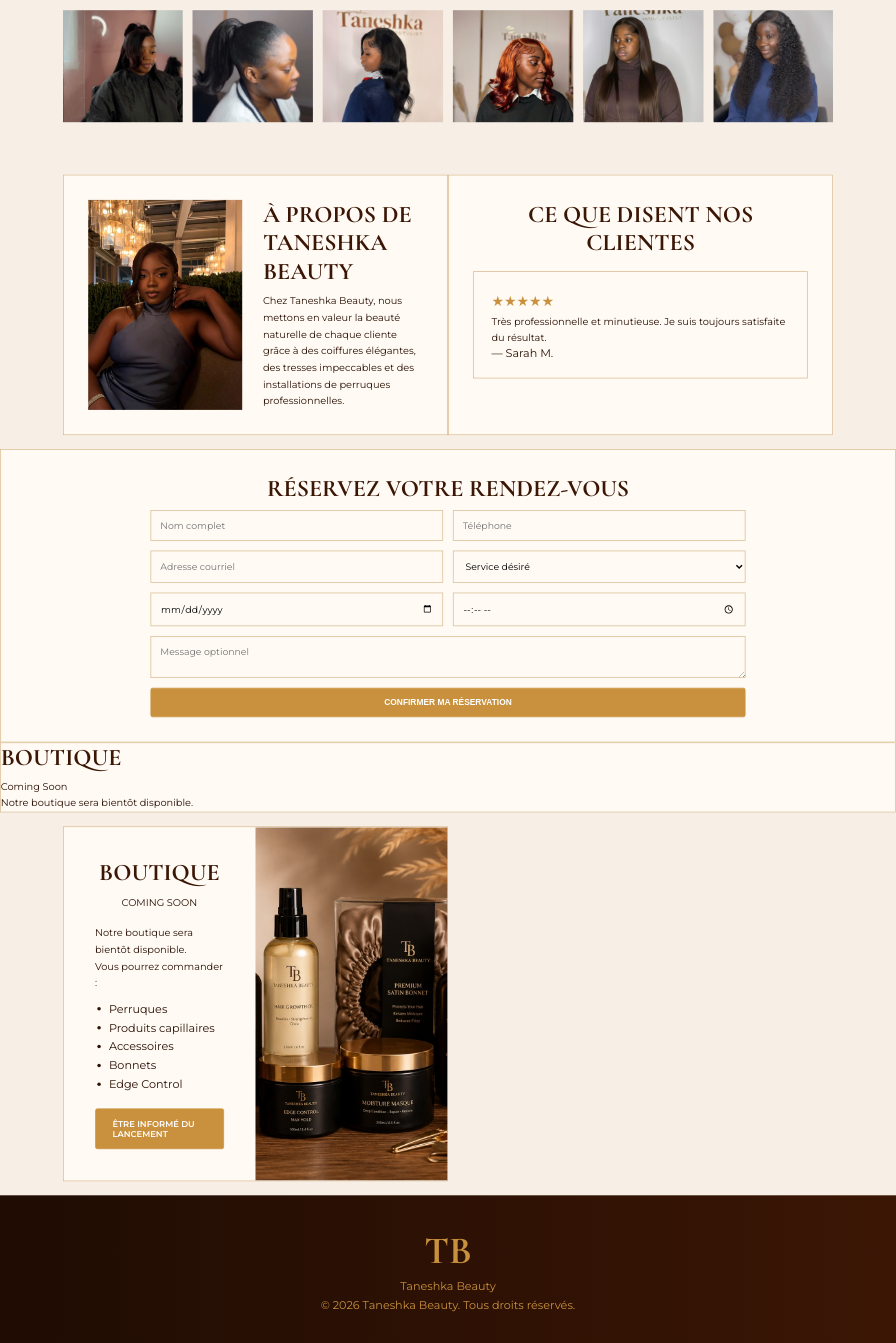
Repository: kngnepi/Taneshka-Beauty-House
Page: index.html
The author's editor kept a copy of each file at every save. The page is drawn from the files as they stood at one save, then again after the next save.
The browser window is 1280 px wide. The pictures show the part of the page from y = 1481 to 3401 px (the page is 3400 px tall before and 3555 px after), at 70% of full size.

Above is the page before, as saved 2026-06-24 22:15:50.

After the next save:
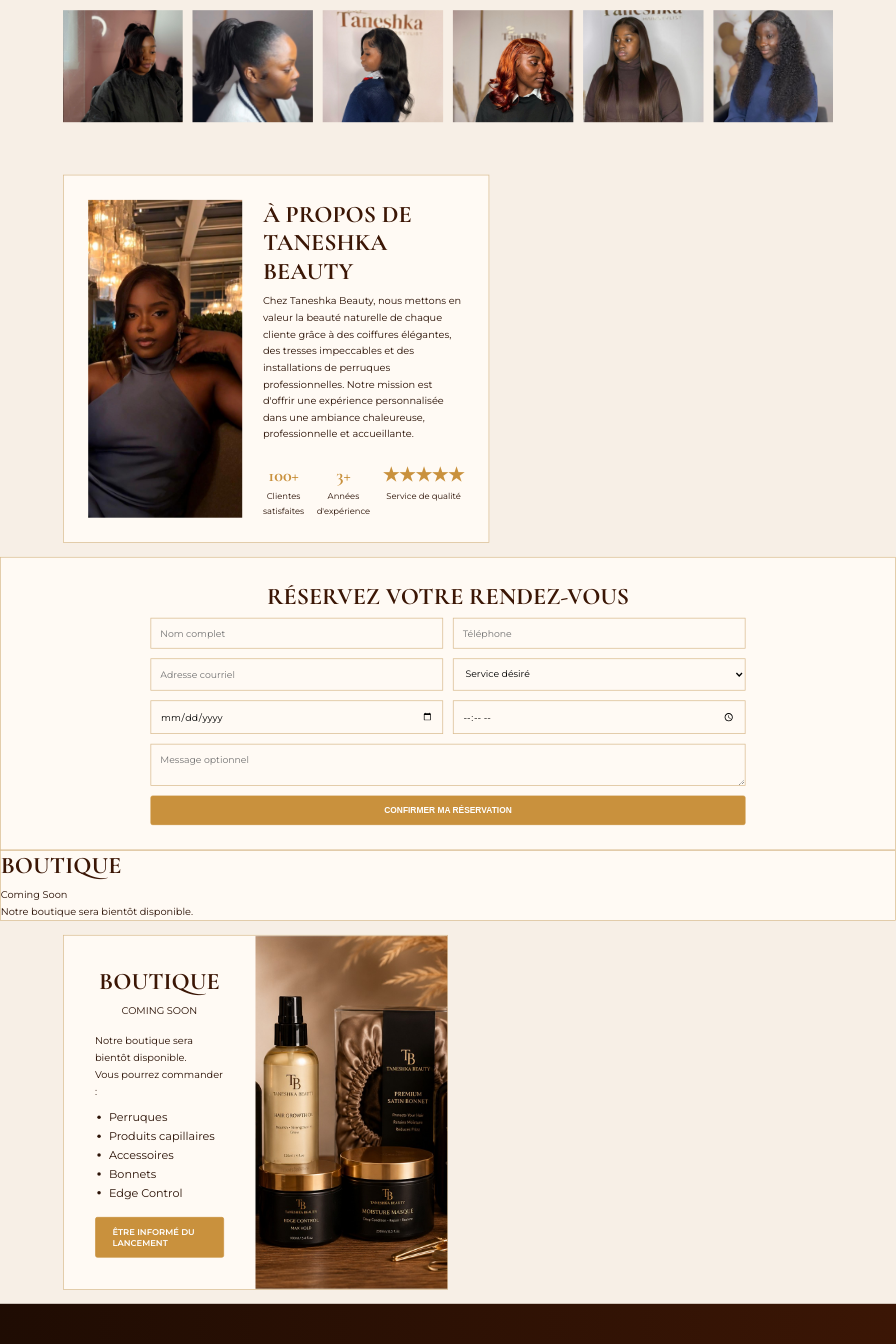
Saved 40 s later.
--- a/index.html
+++ b/index.html
@@ -122,25 +122,35 @@
   <!-- ABOUT + REVIEWS -->
   <section class="split-section">
     <div id="about" class="about-box">
-      <div class="about-img"></div>
+  <div class="about-img"></div>
+
+  <div class="about-content">
+    <h2>À propos de Taneshka Beauty</h2>
+    <p>
+      Chez Taneshka Beauty, nous mettons en valeur la beauté naturelle de chaque cliente
+      grâce à des coiffures élégantes, des tresses impeccables et des installations de
+      perruques professionnelles. Notre mission est d'offrir une expérience personnalisée
+      dans une ambiance chaleureuse, professionnelle et accueillante.
+    </p>
+
+    <div class="about-stats">
       <div>
-        <h2>À propos de Taneshka Beauty</h2>
-        <p>
-          Chez Taneshka Beauty, nous mettons en valeur la beauté naturelle de chaque cliente
-          grâce à des coiffures élégantes, des tresses impeccables et des installations de perruques professionnelles.
-        </p>
-      </div>
-    </div>
-
-    <div class="reviews-box">
-      <h2>Ce que disent nos clientes</h2>
-
-      <div class="review-card">
-        <p>★★★★★</p>
-        <p>Très professionnelle et minutieuse. Je suis toujours satisfaite du résultat.</p>
-        <span>— Sarah M.</span>
-      </div>
-    </div>
+        <h3>100+</h3>
+        <p>Clientes satisfaites</p>
+      </div>
+
+      <div>
+        <h3>3+</h3>
+        <p>Années d'expérience</p>
+      </div>
+
+      <div>
+        <h3>★★★★★</h3>
+        <p>Service de qualité</p>
+      </div>
+    </div>
+  </div>
+</div>
   </section>
 
   <!-- BOOKING -->
